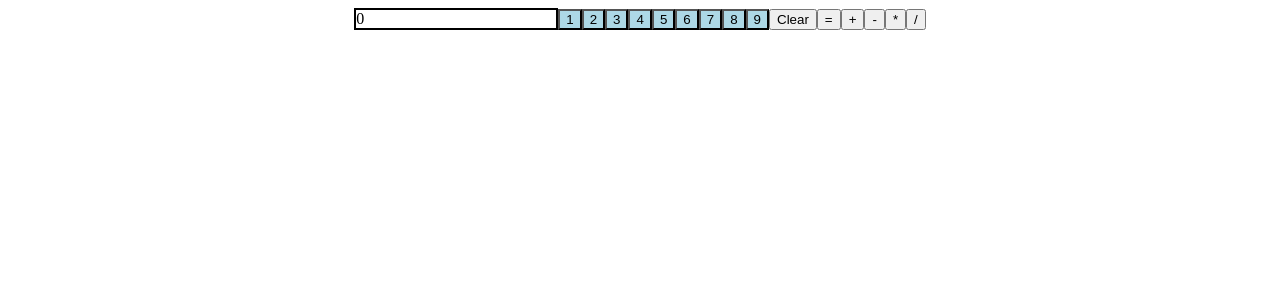
Repository: weazzyefff/Calculator-App
Page: index.html
An editor plug-in stored every save of this project. The page is shown before and after the next save, followed by the edit.
The browser window is 1280 px wide. The pictures show the whole page.

Above is the page before, as saved 2022-12-16 21:59:05.

After the next save:
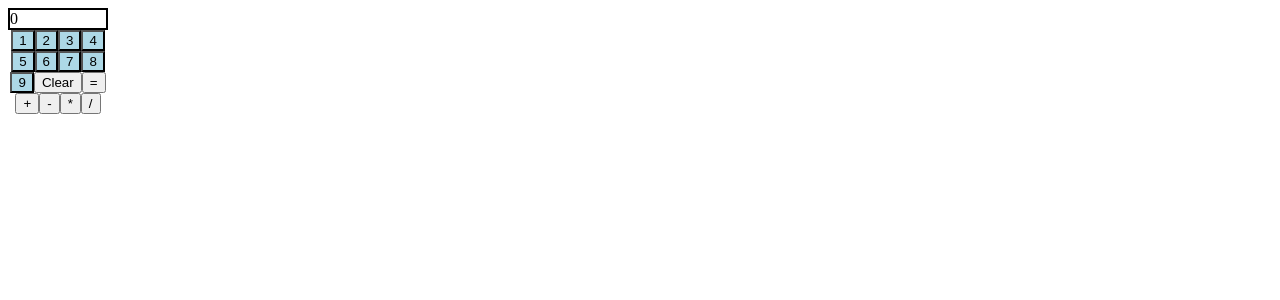
Saved 5 s later.
--- a/style.css
+++ b/style.css
@@ -1,5 +1,5 @@
 .container {
-    width: auto;
+    width: 100px;
     display: flex;
     flex-wrap: wrap;
     align-items: center;
